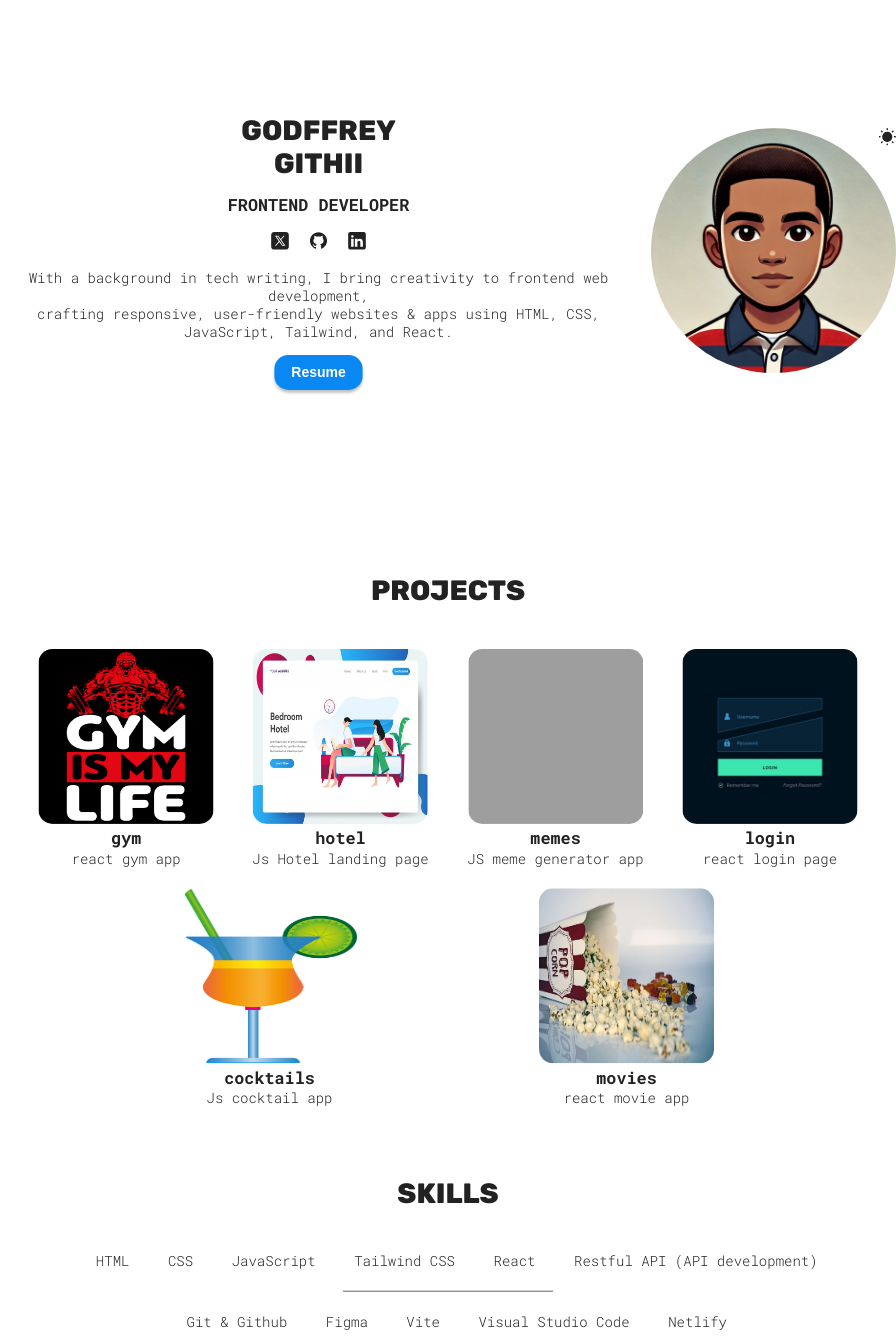
Repository: gogg23/dev-githii-1
Page: /
An editor plug-in stored every save of this project. The page is shown before and after the next save, followed by the edit.
The browser window is 1280 px wide. The pictures show the part of the page from y = 0 to 1920 px (the page is 2895 px tall), at 70% of full size.
Pictures or frames that could not be fetched are drawn as grey boxes. The project was rebuilt for these pictures with package versions that can differ from the ones it lists, and the page was loaded fresh each time. Also part of the build but not shown: vite.config.js, src/index.css. Imported but missing from the stored project, and not drawn on this page: src/assets/Resume.pdf.

Above is the page before, as saved 2025-03-05 10:54:09.

### index.html
<!DOCTYPE html>
<html lang="en">
  <head>
    <meta charset="UTF-8" />
    <link rel="icon" type="image/svg+xml" href="/public/favicon.ico" />
    <meta name="viewport" content="width=device-width, initial-scale=1.0" />
    <link rel="preconnect" href="https://fonts.googleapis.com" />
    <link rel="preconnect" href="https://fonts.gstatic.com" crossorigin />
    <link
      href="https://fonts.googleapis.com/css2?family=Roboto+Mono:wght@100..700&family=Rubik:wght@800&display=swap"
      rel="stylesheet"
    />
    <title>Dev Githii</title>
  </head>
  <body>
    <div id="root"></div>
    <script type="module" src="/src/main.jsx"></script>
  </body>
</html>

### src/main.jsx
import { StrictMode } from 'react'
import { createRoot } from 'react-dom/client'
import App from './App.jsx'
import './index.css'
import { ThemeProvider } from './common/ThemeContext.jsx'

createRoot(document.getElementById('root')).render(
  <StrictMode>
  <ThemeProvider>
  <App />
  </ThemeProvider>
  </StrictMode>,
)

### src/App.jsx
import './App.css';
import Hero from './sections/Hero/Hero';
import Projects from './sections/Projects/Projects';
import Skills from './sections/Skills/Skills';
import Contact from './sections/Contact/Contact';
import Footer from './sections/Footer/Footer';

function App() {
  return (
  <>
    <Hero/>
    <Projects/>
    <Skills/>
    <Contact/>
    <Footer/>
  </>
  );
}

export default App;

### src/common/ThemeContext.jsx
import React, { createContext, useContext, useEffect, useState } from 'react';

const ThemeContext = createContext();

export const useTheme = () => useContext(ThemeContext);

export const ThemeProvider = ({ children }) => {
  const [theme, setTheme] = useState(
    () => localStorage.getItem('theme') || 'light'
  );

  useEffect(() => {
    document.body.setAttribute('data-theme', theme);
    localStorage.setItem('theme', theme);
  }, [theme]);

  const toggleTheme = () => {
    console.log ('theme switched');
    setTheme((prevTheme) => (prevTheme === 'light' ? 'dark' : 'light'));
  };

  return (
    <ThemeContext.Provider value={{ theme, toggleTheme }}>
      {children}
    </ThemeContext.Provider>
  );
};

### src/sections/Hero/Hero.jsx
import styles from './HeroStyles.module.css';
import heroz from '../../assets/heroz.webp';
import sun from '../../assets/sun.svg';
import moon from '../../assets/moon.svg';
import twitterLight from '../../assets/twitter-light.svg';
import twitterDark from '../../assets/twitter-dark.svg';
import githubLight from '../../assets/github-light.svg';
import githubDark from '../../assets/github-dark.svg';
import linkedinLight from '../../assets/linkedin-light.svg';
import linkedinDark from '../../assets/linkedin-dark.svg';
import Resume from '../../assets/Resume.pdf';
import { useTheme } from '../../common/ThemeContext';
function Hero() {
  const { theme, toggleTheme } = useTheme();

  const themeIcon = theme === 'light' ? sun : moon;
  const twitterIcon = theme === 'light' ? twitterLight : twitterDark;
  const githubIcon = theme === 'light' ? githubLight : githubDark;
  const linkedinIcon = theme === 'light' ? linkedinLight : linkedinDark;

  return (
    <section id='hero' className={styles.container}>
      <div className={styles.colorModeContainer}>
        <img
          className={styles.hero}
          src={heroz}
          alt='profile picture of Godffrey Githii'
        />
        <img
          className={styles.colorMode}
          src={themeIcon}
          alt='color mode icon'
          onClick={toggleTheme}
        />
      </div>
      <div className={styles.info}>
        <h1>
          Godffrey <br /> Githii
        </h1>
        <h2>Frontend Developer</h2>
        <span>
          <a href='https://twitter.com/' target='_blank'>
            <img src={twitterIcon} alt='Twitter icon' />
          </a>
          <a href='https://github.com/dashboard' target='_blank'>
            <img src={githubIcon} alt='Github icon' />
          </a>
          <a href='https://linkedin.com/' target='_blank'>
            <img src={linkedinIcon} alt='LinkedIn icon' />
          </a>
        </span>
        <p>
          With a background in tech writing, I bring creativity to frontend web
          development,
          <br />
          crafting responsive, user-friendly websites & apps using HTML, CSS,
          JavaScript, Tailwind, and React.
        </p>
        <a href={Resume} download>
          <button className='hover'>Resume</button>
        </a>
      </div>
    </section>
  );
}

export default Hero;

### src/sections/Projects/Projects.jsx
import styles from './ProjectsStyles.module.css';
import movpic from '../../assets/movpic.jpg';
import gym1 from '../../assets/gym1.png';
import hotel from '../../assets/hotel.jpg';
import eggplant from '../../assets/eggplant-1.png';
import login from '../../assets/dark-login.jpg';
import cocktail1 from '../../assets/cocktail1.png';
import ProjectCard from '../../common/ProjectCard';

function Projects() {
  return (
    <section id='projects' className={styles.container}>
      <h1 className='sectionTitle'>Projects</h1>
      <div className={styles.projectsContainer}>
        <ProjectCard
          src={gym1}
          link='https://react-gym-web-site.netlify.app/'
          h3='gym '
          p='react gym app'
        />
        <ProjectCard
          src={hotel}
          link='https://ho-tel-landing-page.netlify.app/'
          h3='hotel '
          p='Js Hotel landing page'
        />
        <ProjectCard
          src={eggplant}
          link='https://meme-gene-rator-app.netlify.app/'
          h3='memes'
          p='JS meme generator app'
        />
        <ProjectCard
          src={login}
          link='https://react-login-register1.netlify.app/'
          h3='login'
          p='react login page'
        />
        <ProjectCard
          src={cocktail1}
          link='https://cocktailappz.netlify.app/'
          h3='cocktails'
          p='Js cocktail app'
        />
        <ProjectCard
          src={movpic}
          link='https://react-movie-appz.netlify.app/'
          h3='movies'
          p='react movie app'
        />
      </div>
    </section>
  );
}

export default Projects;

### src/sections/Skills/Skills.jsx
import styles from './SkillsStyles.module.css';
import checkMarkIcon from '../../assets/checkmark-dark.svg';
import SkillList from '../../common/SkillList';

function Skills() {

  return (
    <section id="skills" className={styles.container}>
      <h1 className="sectionTitle">Skills</h1>
      <div className={styles.skillList}>
        <SkillList src={checkMarkIcon} skill="HTML" />
        <SkillList src={checkMarkIcon} skill="CSS" />
        <SkillList src={checkMarkIcon} skill="JavaScript" />
        <SkillList src={checkMarkIcon} skill="Tailwind CSS" />
        <SkillList src={checkMarkIcon} skill="React" />
        <SkillList src={checkMarkIcon} skill="Restful API (API development)"/>
      </div>
      <hr/>
      <div className={styles.skillList}>
        <SkillList src={checkMarkIcon} skill="Git & Github"/>
        <SkillList src={checkMarkIcon} skill="Figma"/>
        <SkillList src={checkMarkIcon} skill="Vite" />
        <SkillList src={checkMarkIcon} skill="Visual Studio Code" />
        <SkillList src={checkMarkIcon} skill="Netlify" />
      </div>
      <hr/>
    </section>
  );
}

export default Skills;

### src/sections/Contact/Contact.jsx
import styles from './ContactStyles.module.css';

function Contact() {
  return (
    <section id="contact" className={styles.container}>
      <h1 className="sectionTitle">Contact</h1>
      <form action="">
        <div className="formGroup">
          <label htmlFor="name" hidden>
            Name
          </label>
          <input
            type="text"
            name="name"
            id="name"
            placeholder="Name"
            required
          />
        </div>
        <div className="formGroup">
          <label htmlFor="email" hidden>
            Email
          </label>
          <input
            type="text"
            name="email"
            id="email"
            placeholder="Email"
            required
          />
        </div>
        <div className="formGroup">
          <label htmlFor="message" hidden>
            Message
          </label>
          <textarea
            name="message"
            id="message"
            placeholder="Message"
            required></textarea>
        </div>
        <input className="hover btn" type="submit" value="Submit" />
      </form>
    </section>
  );
}

export default Contact;

### src/sections/Footer/Footer.jsx
import styles from './FooterStyles.module.css';

function Footer() {
  return (
    <section id='footer' className={styles.container}>
      <p>
        &copy; 2025 Godffrey Githii
        <br />
        All Rights Reserved.
      </p>
    </section>
  );
}

export default Footer;

### src/sections/Hero/HeroStyles.module.css
.container {
  display: flex;
  flex-direction: column;
  justify-content: center;
  gap: 20px;
  text-align: center;
  height: 100dvh;
  min-height: 500px;

  .hero {
    max-width: 200px;
  }

  span {
    display: flex;
    gap: 25px;
    justify-content: center;

    a {
      margin: 0;

      img {
        width: 30px;
      }
    }
  }

  a {
    width: fit-content;
    align-self: center;
  }

  button {
    background-color: var(--btn-color);
    color: var(--btn-text-color);
    border: none;
    border-radius: 20px;
    width: 126px;
    height: 50px;
    font-size: 20px;
    font-weight: bold;
    box-shadow: 0 4px 4px rgba(0, 0, 0, 0.25);
    transition: box-shadow 200ms ease-in-out, transform 200ms ease-in-out;
  }

  button:hover {
    transform: scale(1.05);
  }

  button:active {
    transform: translateY(2px);
    box-shadow: 0 2px 2px rgba(0, 0, 0, 0.25);
  }
}

.colorModeContainer {
  position: relative;
}

.colorMode {
  position: absolute;
  right: 0;
  width: 25px;
}

.colorMode:hover {
  cursor: pointer;
}

.description {
  max-width: 24ch;
}

.info {
  display: flex;
  flex-direction: column;
  gap: 20px;
}

@media (width >= 800px) {
  .container {
    flex-direction: row-reverse;
    align-items: center;
    justify-content: space-evenly;

    .hero {
      max-width: 350px;
      width: 350px;
      border-radius: 50%;
    }
  }
}

@media (width >= 1400px) {
  .container {
    .hero {
      max-width: 400px;
      width: 400px;
    }
  }
}

### src/sections/Projects/ProjectsStyles.module.css
.container {
    display: flex;
    flex-direction: column;
    text-align: center;

    img {
      width: 250px;
      height: 250px;
      align-self: center;
      background-color: var(--project-card-bg);
      border-radius: 20px;
    }

    a {
      width: fit-content;
      text-decoration: none;
      color: #222;
      transition: transform 200ms ease-in-out;
    }

    a:hover {
      transform: scale(1.05);
    }
  }

  .projectsContainer {
    display: flex;
    flex-direction: column;
    align-items: center;
    gap: 30px;
  }

  @media (width >= 800px) {
    .projectsContainer {
      flex-direction: row;
      flex-wrap: wrap;
      justify-content: space-evenly;
      padding: 0 30px;
    }
  }

### src/common/ProjectCard.jsx
import React from 'react';

function ProjectCard({src, link, h3, p}) {
  return (
      <a href= {link}
      target='_blank'>
      <img className='hover' src={src} alt={`${h3} logo`}/>
      <h3>{h3}</h3>
      <p>{p}</p>
      </a>
  );
}

export default ProjectCard;

### src/sections/Skills/SkillsStyles.module.css
.container {
    display: flex;
    flex-direction: column;
    text-align: center;

    span {
      display: flex;
      align-items: center;
      gap: 5px;
    }

    img {
      width: 20px;
    }
  }

  .skillList {
    display: flex;
    justify-content: space-evenly;
    align-self: center;
    flex-wrap: wrap;
    row-gap: 40px;
    max-width: 26ch;
  }

hr {
  width: 100px;
  height: 1px;
  border: none;
  background-color: var(--text-color);
  margin: 30px auto;
}

@media (width >= 800px) {
  .skillList {
    max-width: fit-content;
    gap: 30px;

    p {
      font-size: 20px;
    }
  }
}

hr {
  width: 300px;
}

### src/common/SkillList.jsx
function SkillList({ src, skill }) {
    return (
      <span>
        <img src={src} alt="Checkmark icon" />
        <p>{skill}</p>
      </span>
    );
  }

  export default SkillList;

### src/sections/Contact/ContactStyles.module.css
.container {
  display: flex;
  flex-direction: column;
  text-align: center;
}

form {
  display: flex;
  flex-direction: column;
  gap: 30px;
}

textarea,
input:not([type='submit']) {
  height: 50px;
  padding-left: 16px;
  width: 250px;
}

textarea {
  padding-top: 16px;
  resize: none;
  height: 250px;
}

input,
textarea {
  border-radius: 20px;
  border: #888 1px solid;
  box-sizing: border-box;
  justify-self: center;
  background-color: var(--background-color);
  color: var(--form-text-color);
}

::placeholder {
  color: var(--form-text-color);
}

input[type='submit'] {
  background-color: var(--btn-color);
  color: var(--btn-text-color);
  border: none;
  border-radius: 20px;
  width: 126px;
  height: 50px;
  font-size: 20px;
  font-weight: bold;
  box-shadow: 0 4px 4px rgba(0, 0, 0, 0.25);
  transition: box-shadow 200ms ease-in-out, transform 200ms ease-in-out;
  margin: auto;
}

input[type='submit']:hover {
  transform: scale(1.05);
}

input[type='submit']:active {
  transform: translateY(2px);
  box-shadow: 0 2px 2px rgba(0, 0, 0, 0.25);
}

@media (width >= 800px) {
  textarea,
  input:not([type='submit']) {
    width: 600px;
    font-size: 20px;
  }
  form {
    gap: 40px;
  }
}

@media (width >= 1400px) {
  textarea,
  input:not([type='submit']) {
    width: 800px;
  }
}

Loaded but not shown: src/App.css (common file); src/sections/Footer/FooterStyles.module.css (common file)

After the next save:
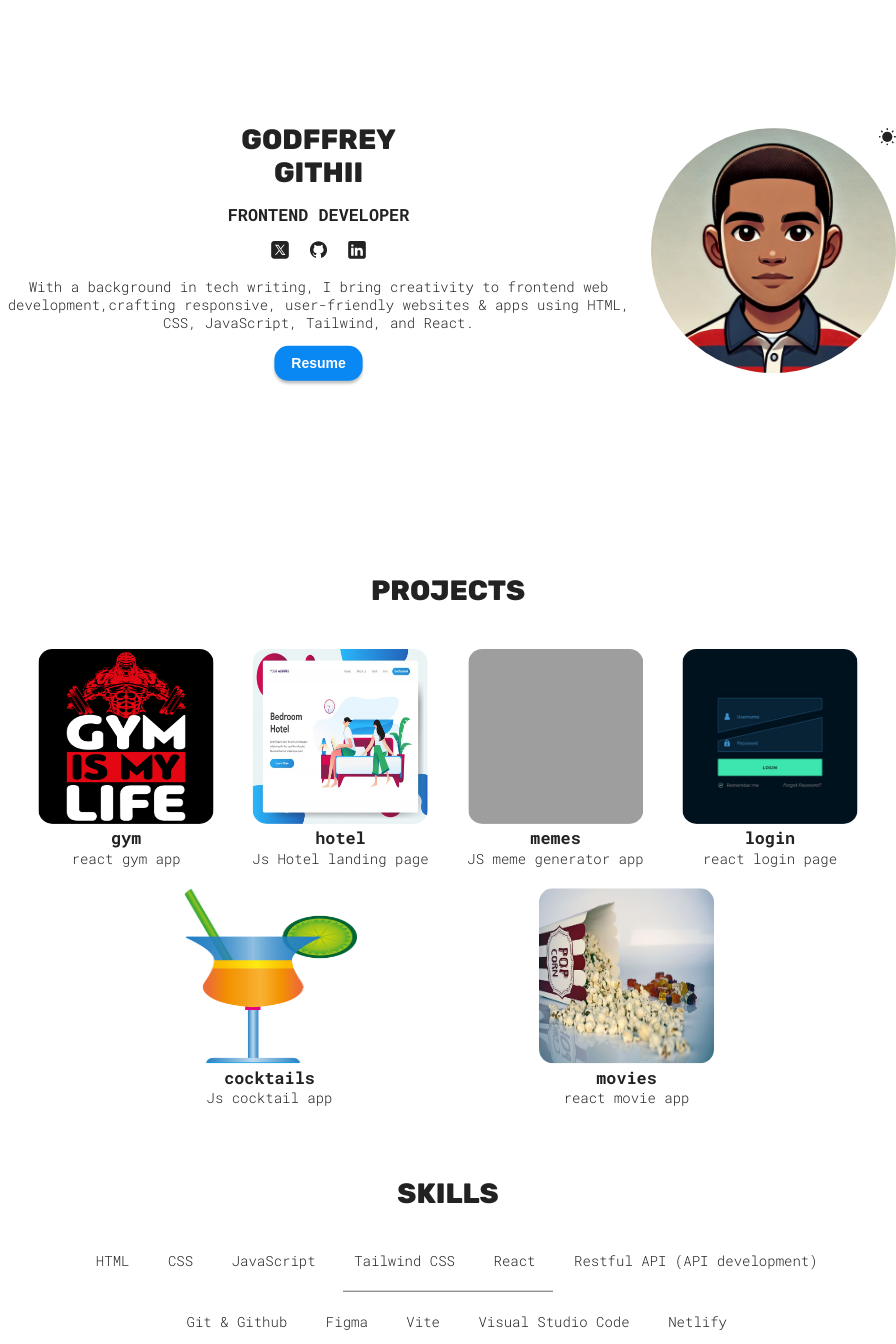
Saved 5 min 52 s later.
--- a/src/sections/Hero/Hero.jsx
+++ b/src/sections/Hero/Hero.jsx
@@ -51,10 +51,8 @@ function Hero() {
         </span>
         <p>
           With a background in tech writing, I bring creativity to frontend web
-          development,
-          <br />
-          crafting responsive, user-friendly websites & apps using HTML, CSS,
-          JavaScript, Tailwind, and React.
+          development,crafting responsive, user-friendly websites & apps using
+          HTML, CSS, JavaScript, Tailwind, and React.
         </p>
         <a href={Resume} download>
           <button className='hover'>Resume</button>
